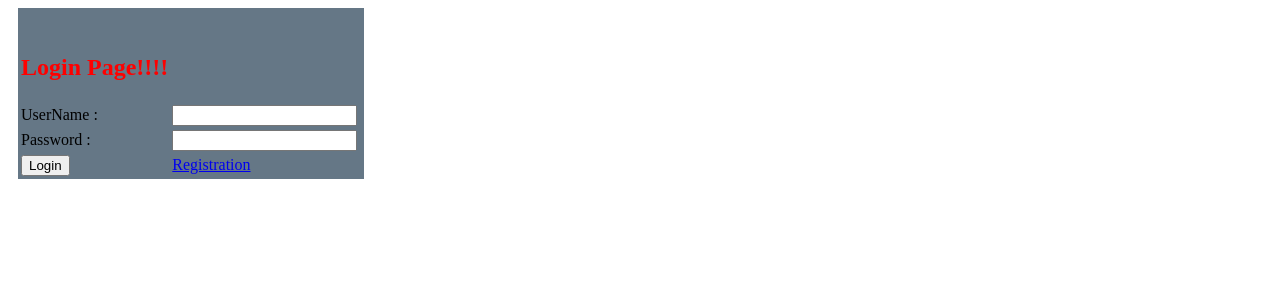
Repository: Ritesh1194/FellowshipApp
Page: http://localhost/MyLoginRegistrationProject/login.jsp
The author's editor kept a copy of each file at every save. The page is drawn from the files as they stood at one save, then again after the next save.
The browser window is 1280 px wide. The pictures show the whole page.
The page is served by Tomcat 9. Nobody is signed in. The application's start-up code is not run. Other server files are loaded and not shown.

Above is the page before, as saved 2019-12-27 10:08:54.

### MyLoginRegistrationProject/WebContent/login.jsp
<%@ page language="java" contentType="text/html; charset=UTF-8"
	pageEncoding="UTF-8"%>
<!DOCTYPE html PUBLIC "-//W3C//DTD HTML 4.01 Transitional//EN" "http://www.w3.org/TR/html4/loose.dtd">
<html>
<head>
<meta http-equiv="Content-Type" content="text/html; charset=UTF-8">
<title>Login Page</title>
</head>
<body>
	<form action="LoginRegister" method="post">
		<table
			style="background-color: #657786; margin-right: 10px; margin-left: 10px;">
			<tr>
				<td><h3 style="color: red;">${message}</h3>
					<h3 style="color: green;">${successMessage}</h3></td>
			</tr>
			<tr>
				<td><h2 style="color: red">Login Page!!!!</h2></td>
			</tr>
			<tr>
				<td>UserName :</td>
				<td><input type="text" name="username"></td>
			</tr>
			<tr>
				<td>Password :</td>
				<td><input type="password" name="password1"></td>
			</tr>
			<tr>
				<td><input type="submit" name="submit" value="Login"></td>
				<td><a href="register.jsp">Registration </a></td>
				<td></td>
			</tr>
		</table>
	</form>
</body>
</html>

After the next save:
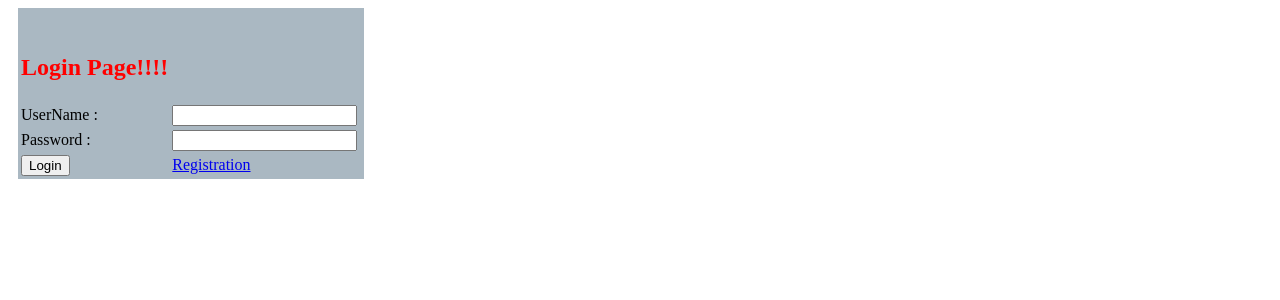
Saved 26 s later.
--- a/MyLoginRegistrationProject/WebContent/login.jsp
+++ b/MyLoginRegistrationProject/WebContent/login.jsp
@@ -9,7 +9,7 @@
 <body>
 	<form action="LoginRegister" method="post">
 		<table
-			style="background-color: #657786; margin-right: 10px; margin-left: 10px;">
+			style="background-color: #AAB8C2; margin-right: 10px; margin-left: 10px;">
 			<tr>
 				<td><h3 style="color: red;">${message}</h3>
 					<h3 style="color: green;">${successMessage}</h3></td>
